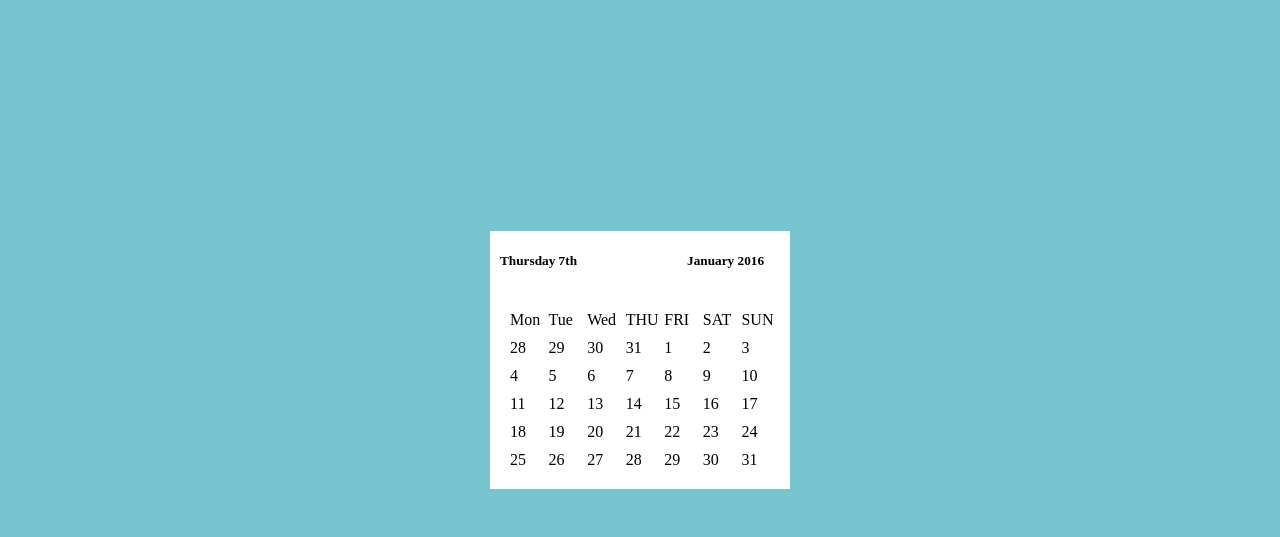
Repository: KYUUBI-K/HTML
Page: За 1 курс/Лаб 4/calendar.html
An editor plug-in stored every save of this project. The page is shown before and after the next save, followed by the edit.
The browser window is 1280 px wide. The pictures show the whole page.

Above is the page before, as saved 2021-03-30 13:37:37.

### За 1 курс/Лаб 4/calendar.html
<!DOCTYPE html>
<html lang="en">
<head>
    <meta charset="UTF-8">
    <meta http-equiv="X-UA-Compatible" content="IE=edge">
    <meta name="viewport" content="width=device-width, initial-scale=1.0">
    <title>Document</title>
    <link rel="stylesheet" href="for_calend.css">
</head>
<body style="background-color:rgba(80, 181, 194, 0.788) ;">
    <div class="calendar">
        <div class="today">
            <h5>Thursday 7th</h5>
            <div class="today">
                <h5>January 2016</h5>
            </div>
        </div>
        <div class="date">
            <div class="day">Mon</div>
            <div class="day">Tue</div>
            <div class="day">Wed</div>
            <div class="day">THU</div>
            <div class="day">FRI</div>
            <div class="day">SAT</div>
            <div class="day">SUN</div>
            <div class="number">28</div>
            <div class="number">29</div>
            <div class="number">30</div>
            <div class="number">31</div>
            <div class="number">1</div>
            <div class="number">2</div>
            <div class="number">3</div>
            <div class="number">4</div>
            <div class="number">5</div>
            <div class="number">6</div>
            <div class="number">7</div>
            <div class="number">8</div>
            <div class="number">9</div>
            <div class="number">10</div>
            <div class="number">11</div>
            <div class="number">12</div>
            <div class="number">13</div>
            <div class="number">14</div>
            <div class="number">15</div>
            <div class="number">16</div>
            <div class="number">17</div>
            <div class="number">18</div>
            <div class="number">19</div>
            <div class="number">20</div>
            <div class="number">21</div>
            <div class="number">22</div>
            <div class="number">23</div>
            <div class="number">24</div>
            <div class="number">25</div>
            <div class="number">26</div>
            <div class="number">27</div>
            <div class="number">28</div>
            <div class="number">29</div>
            <div class="number">30</div>
            <div class="number">31</div>
        </div>
    </div>
</body>
</html>

### За 1 курс/Лаб 4/for_calend.css
body{
    margin:0;
    padding: 0;
    display: flex;
    justify-content: center;
    align-items: center;
    height: 100vh;
}
.calendar{
    width: 300px;
    height: auto;
    background-color: white;
    box-sizing: border-box;

}
.calendar .date{
    padding: 20px;
    display: grid;
    grid-template-columns: repeat(auto-fit,minmax(25px,1fr));
    grid-gap: 10px;
    box-sizing: border-box;
}
.today{
    display: flex;
    grid-gap: 100px;
    margin-left: 10px;
}

After the next save:
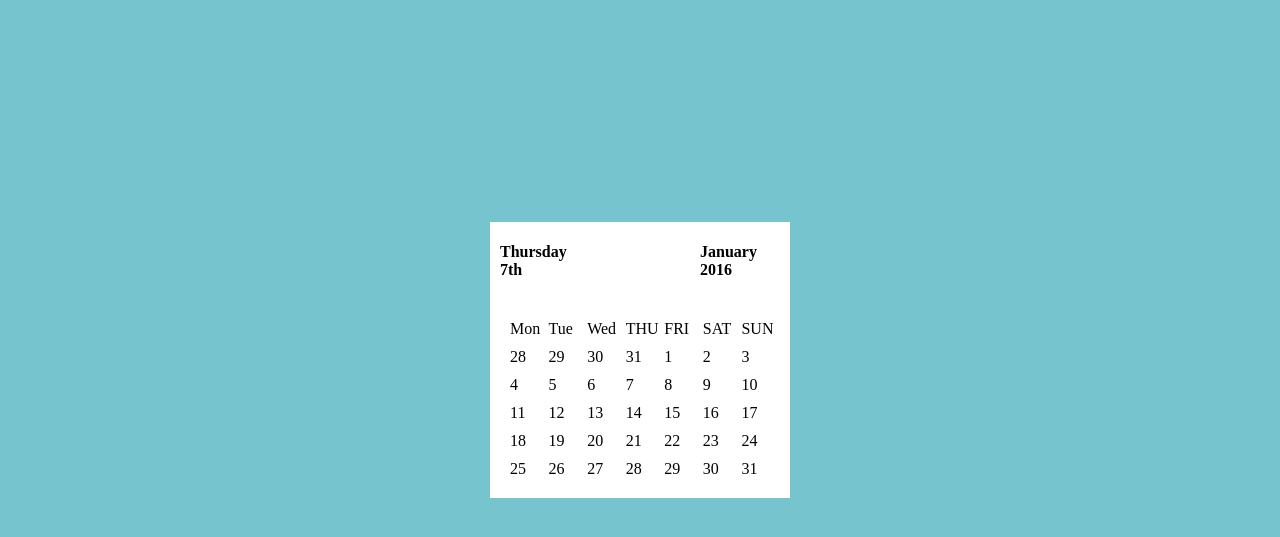
Saved 16 s later.
--- a/За 1 курс/Лаб 4/calendar.html
+++ b/За 1 курс/Лаб 4/calendar.html
@@ -10,9 +10,9 @@
 <body style="background-color:rgba(80, 181, 194, 0.788) ;">
     <div class="calendar">
         <div class="today">
-            <h5>Thursday 7th</h5>
+            <h4>Thursday 7th</h4>
             <div class="today">
-                <h5>January 2016</h5>
+                <h4>January 2016</h4>
             </div>
         </div>
         <div class="date">
